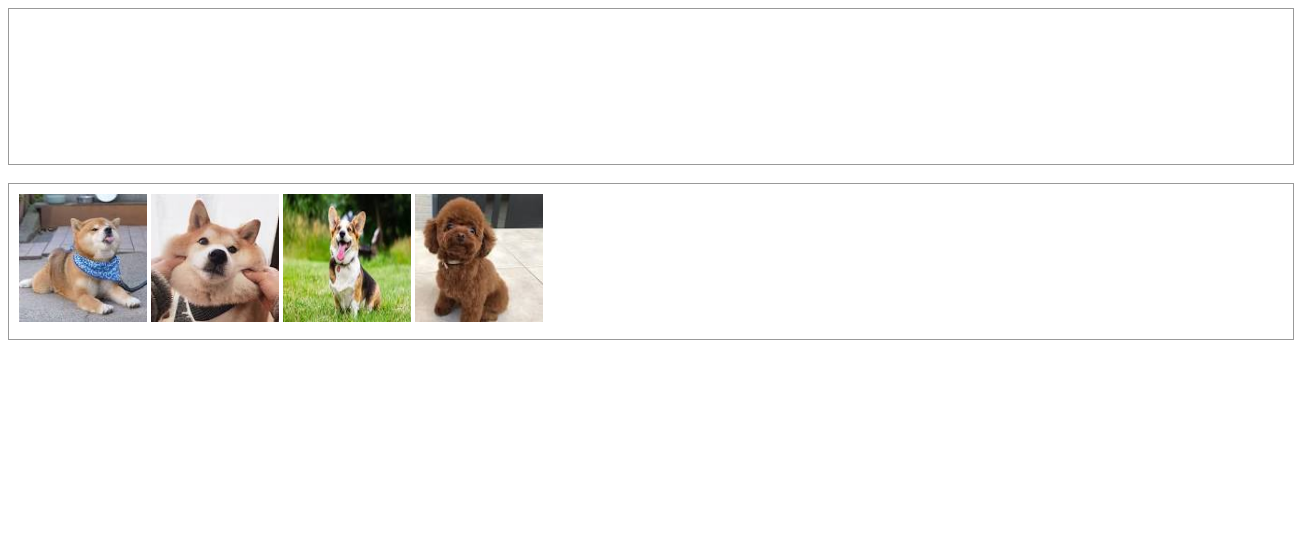
Repository: leetaehyeon123/SpringBaseSources
Page: http://localhost/DAD/
The author's editor kept a copy of each file at every save. The page is drawn from the files as they stood at one save, then again after the next save.
The browser window is 1280 px wide. The page is 1294 px wide, so the pictures cover 1294 px, including what lies to the right of the window. The pictures show the whole page.
The page is served by Tomcat 9.

Above is the page before, as saved 2020-06-28 01:42:02.

After the next save:
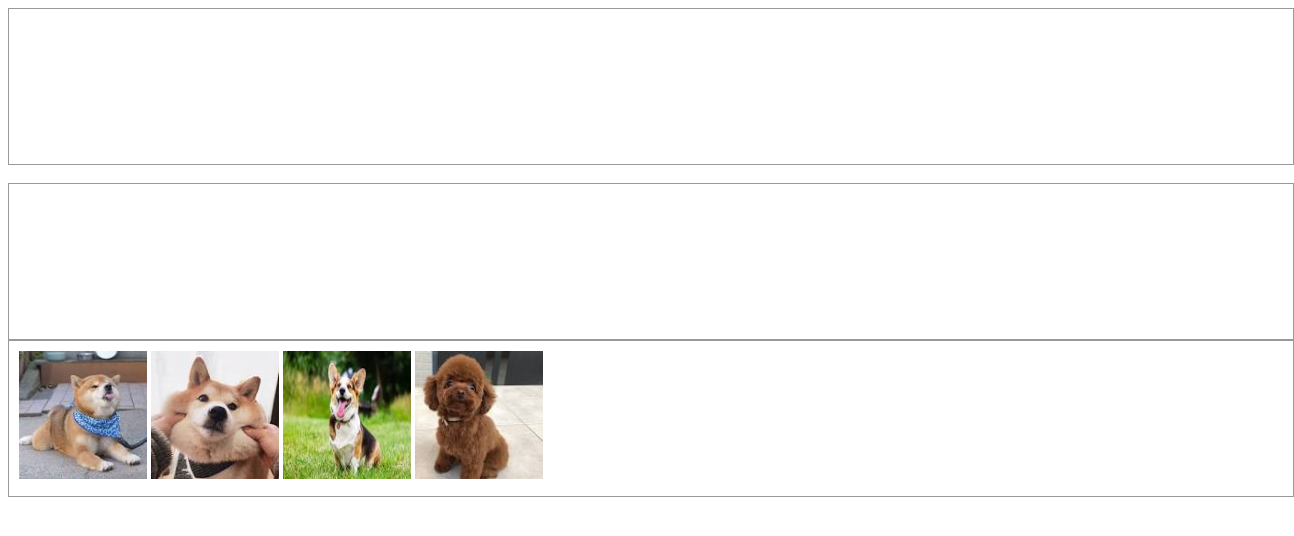
Saved 2 min 17 s later.
--- a/드래그앤드롭 소스코드/DragAndDrop/DAD/src/main/webapp/WEB-INF/views/main.jsp
+++ b/드래그앤드롭 소스코드/DragAndDrop/DAD/src/main/webapp/WEB-INF/views/main.jsp
@@ -8,7 +8,7 @@
 <!-- !!!!!!!!!!!!!!!!!!!!!!!!!!!!!!! ondragstart에서 ondragover로 이동한다. 이동할 아이는 draggable="true" 를 해줘야한다. -->
 <style>
 /* 드래그해 놓을 상자의 모양을 정합니다. 지금은 신경쓰지 않으셔도 됩니다. */
-#div1,#div2 {width:100%;height:135px;padding:10px;border:1px solid #999;}
+#div1,#div2,#div3 {width:100%;height:135px;padding:10px;border:1px solid #999;}
 </style>
 <script>
 function allowDrop(ev) {
@@ -31,6 +31,9 @@ function drop(ev) {
 <div id="div1" ondrop="drop(event)" ondragover="allowDrop(event)"></div>
 <br>
 <div id="div2" ondrop="drop(event)" ondragover="allowDrop(event)">
+
+</div>
+<div id="div3" ondrop="drop(event)" ondragover="allowDrop(event)">
 <img id="dog1" src="resources/img/dog1.jpg" draggable="true" ondragstart="drag(event)" width="128" height="128">
 <img id="dog2" src="resources/img/dog2.jpg" draggable="true" ondragstart="drag(event)" width="128" height="128">
 <img id="dog3" src="resources/img/dog3.jpg" draggable="true" ondragstart="drag(event)" width="128" height="128">
